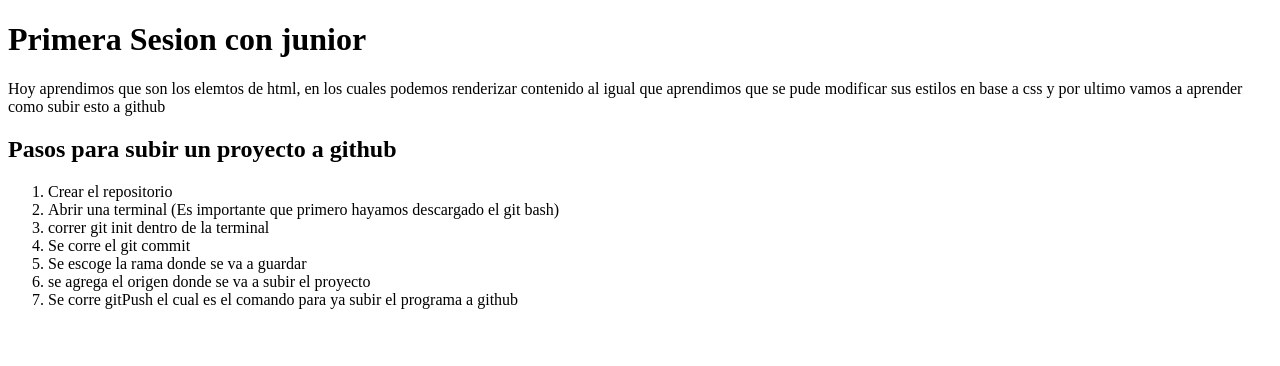
Repository: Scripter-Automation/Muestra-para-Junior
Page: Index.html
These files come from the project's save history. The page is drawn as it stood at one moment and after the next save; the edit follows.
The browser window is 1280 px wide. The pictures show the whole page.

Above is the page before, as saved 2022-02-27 21:55:01.

### Index.html
<!DOCTYPE html>
<html lang="en">
<head>
    <meta charset="UTF-8">
    <meta http-equiv="X-UA-Compatible" content="IE=edge">
    <meta name="viewport" content="width=device-width, initial-scale=1.0">
    <title>Document</title>
</head>
<body>

    <h1>Primera Sesion con junior</h1>

    <p>
        Hoy aprendimos que son los elemtos de html, en los cuales podemos renderizar contenido
        al igual que aprendimos que se pude modificar sus estilos en base a css
        y por ultimo vamos a aprender como subir esto a github

    </p>

    <h2>Pasos para subir un proyecto a github</h2>
    <ol>
        <li>Crear el repositorio</li>
        <li>Abrir una terminal (Es importante que primero hayamos descargado el git bash)</li>
        <li>correr git init dentro de la terminal</li>
        <li>Se corre el git commit</li>
        <li>Se escoge la rama donde se va a guardar</li>
        <li>se agrega el origen donde se va a subir el proyecto</li>
        <li>Se corre gitPush el cual es el comando para ya subir el programa a github</li>
    </ol>

</body>
</html>

After the next save:
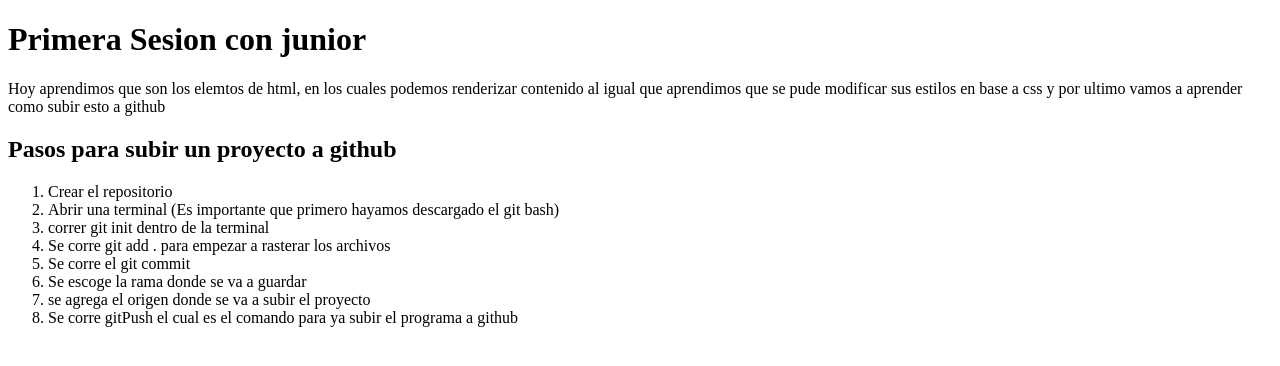
Saved 60 s later.
--- a/Index.html
+++ b/Index.html
@@ -22,6 +22,7 @@
         <li>Crear el repositorio</li>
         <li>Abrir una terminal (Es importante que primero hayamos descargado el git bash)</li>
         <li>correr git init dentro de la terminal</li>
+        <li>Se corre git add . para empezar a rasterar los archivos</li>
         <li>Se corre el git commit</li>
         <li>Se escoge la rama donde se va a guardar</li>
         <li>se agrega el origen donde se va a subir el proyecto</li>
